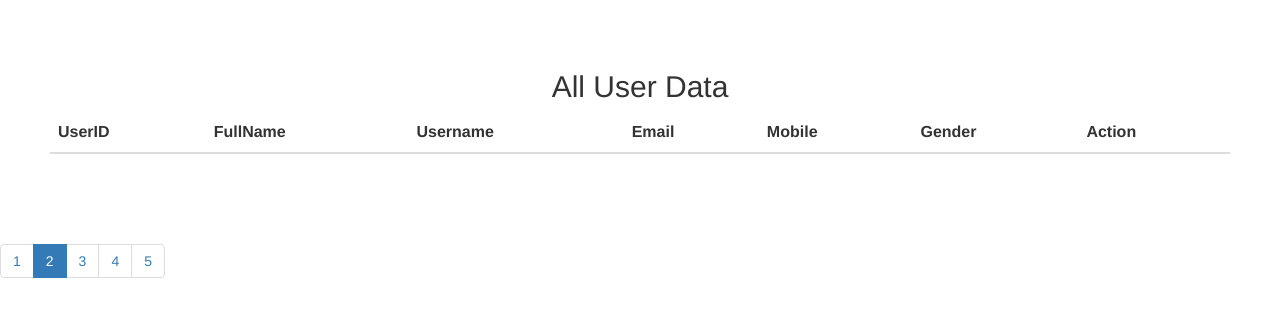
Repository: Asterisc-Institute/Advance-Java-Batch5
Page: http://localhost/Project01/show?page=1
An editor plug-in stored every save of this project. The page is shown before and after the next save, followed by the edit.
The browser window is 1280 px wide. The pictures show the whole page.
The page is served by Tomcat 9. Other server files are loaded and not shown. Queries for data that is not in the repository find no rows.

Above is the page before, as saved 2023-05-16 12:39:44.

### Project01/src/service/ShowServ.java
package service;

import java.io.IOException;
import java.io.PrintWriter;
import java.sql.SQLException;
import java.util.ArrayList;

import javax.servlet.ServletException;
import javax.servlet.annotation.WebServlet;
import javax.servlet.http.HttpServlet;
import javax.servlet.http.HttpServletRequest;
import javax.servlet.http.HttpServletResponse;

import model.User;
import model.UserDao;

@WebServlet("/show")
public class ShowServ extends HttpServlet {

	protected void doGet(HttpServletRequest request, HttpServletResponse response) throws ServletException, IOException {
		response.setContentType("text/html");
		PrintWriter out=response.getWriter();

		out.print("<link rel='stylesheet' href='https://maxcdn.bootstrapcdn.com/bootstrap/3.4.1/css/bootstrap.min.css'>");
		out.print("<script src='https://ajax.googleapis.com/ajax/libs/jquery/3.6.4/jquery.min.js'></script>");
		out.print("<script src='https://maxcdn.bootstrapcdn.com/bootstrap/3.4.1/js/bootstrap.min.js'></script>");

		out.print("<div style='padding:50px'>");
		out.print("<center><H2>All User Data</H2></center>");


		UserDao db=new UserDao();


		out.print("<table class='table'>");
		out.print("    <thead>");
		out.print("      <tr>");
		out.print("        <th>UserID</th>");
		out.print("        <th>FullName</th>");
		out.print("        <th>Username</th>");
		out.print("        <th>Email</th>");
		out.print("        <th>Mobile</th>");
		out.print("        <th>Gender</th>");
		out.print("        <th>Action</th>");
		out.print("      </tr>");
		out.print("    </thead>");
		out.print("    <tbody>");

		try {
			ArrayList<User> ul=db.getAllUser();

			for(User u:ul)
			{
			//out.print(u+"<br/>");
				//uid, fname, uname, email, mob, upass, gender
				out.print("<tr>");
				out.print("<td>"+u.getUid()+"</td>");
				out.print("<td>"+u.getFname()+"</td>");
				out.print("<td>"+u.getUname()+"</td>");
				out.print("<td>"+u.getEmail()+"</td>");
				out.print("<td>"+u.getMob()+"</td>");
				//out.print("<td>"+u.getUpass()+"</td>");
				out.print("<td>"+u.getGender()+"</td>");
				out.print("<td><a href='#' class='btn btn-primary'>Edit</a> &nbsp;&nbsp;&nbsp; <a href='#' class='btn btn-danger'>Delete</a></td>");
				out.print("</tr>");
			}


		} catch (ClassNotFoundException | SQLException e) {
			// TODO Auto-generated catch block
			e.printStackTrace();
		}





		out.print("    </tbody>");
		out.print("</table>");

		out.print("</div>");

		out.print("<ul class='pagination'>");
		out.print("  <li><a href='#'>1</a></li>");
		out.print("  <li class='active'><a href='#'>2</a></li>");
		out.print("  <li><a href='#'>3</a></li>");
		out.print("  <li><a href='#'>4</a></li>");
		out.print("  <li><a href='#'>5</a></li>");
		out.print("</ul>");


	}


	protected void doPost(HttpServletRequest request, HttpServletResponse response) throws ServletException, IOException {
		// TODO Auto-generated method stub
		doGet(request, response);
	}

}

### Project01/src/model/UserDao.java
package model;

import java.sql.Connection;
import java.sql.DriverManager;
import java.sql.PreparedStatement;
import java.sql.ResultSet;
import java.sql.SQLException;
import java.util.ArrayList;

public class UserDao {

	String driver = "com.mysql.jdbc.Driver";
	String db_name = "batch5";
	String db_url = "jdbc:mysql://localhost:3306/" + db_name;
	String db_uname = "root";
	String db_upass = "abc123";

	Connection getConnect() throws ClassNotFoundException, SQLException
	{
		Class.forName(driver); //s1
		Connection con = DriverManager.getConnection(db_url, db_uname, db_upass);//s2
		return con;
	}

	public int save(User u) throws ClassNotFoundException, SQLException
	{
		String sql="insert into user_tbl (fname, uname, email, mob, upass, gender) values(?,?,?,?,?,?)";
		Connection con=getConnect();
		PreparedStatement ps=con.prepareStatement(sql);//s3
		ps.setString(1, u.getFname());
		ps.setString(2, u.getUname());
		ps.setString(3, u.getEmail());
		ps.setString(4, u.getMob());
		ps.setString(5, u.getUpass());
		ps.setString(6, u.getGender());

		int a =ps.executeUpdate();//s4

		con.close();//s5
		return a;

	}

	public boolean checkUser(String email) throws ClassNotFoundException, SQLException {
		String sql="select * from user_tbl where email=?";
		Connection con=getConnect();
		PreparedStatement ps=con.prepareStatement(sql);//s3
		ps.setString(1, email);
		ResultSet rs =ps.executeQuery();//s4

		boolean a=rs.absolute(1);

		con.close();//s5

		return a;
	}

	public boolean loginUser(String email, String upass) throws ClassNotFoundException, SQLException {
		String sql="select * from user_tbl where email=? and upass=?";
		Connection con=getConnect();
		PreparedStatement ps=con.prepareStatement(sql);//s3
		ps.setString(1, email);
		ps.setString(2, upass);
		ResultSet rs =ps.executeQuery();//s4

		boolean a=rs.absolute(1);

		con.close();//s5

		return a;
	}

	public ArrayList<User> getAllUser() throws ClassNotFoundException, SQLException {
		String sql="select * from user_tbl";
		Connection con=getConnect();
		PreparedStatement ps=con.prepareStatement(sql);//s3

		ResultSet rs =ps.executeQuery();//s4

		ArrayList<User> ul=new ArrayList<>();

		while(rs.next())
		{ //uid, fname, uname, email, mob, upass, gender
			User u=new User(rs.getInt(1), rs.getString(2),  rs.getString(3),  rs.getString(4),  rs.getString(5),  rs.getString(6),  rs.getString(7));
			ul.add(u);
		}

		con.close();//s5

		return ul;
	}

}

After the next save:
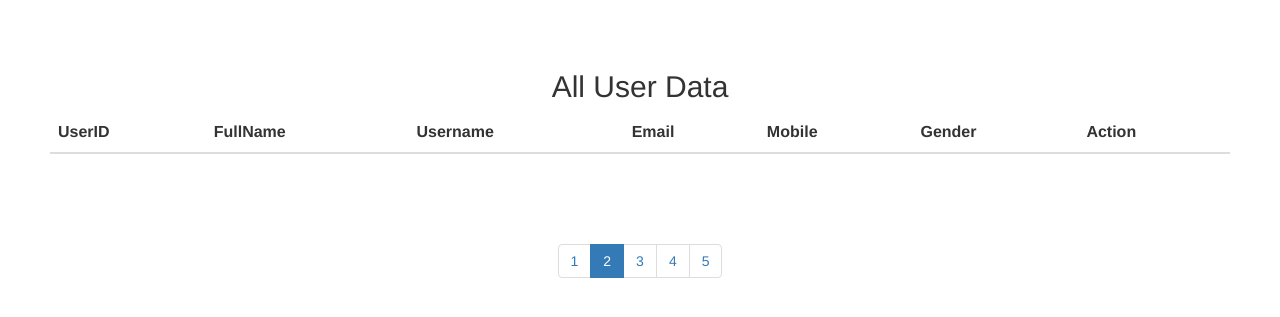
Saved 28 s later.
--- a/Project01/src/service/ShowServ.java
+++ b/Project01/src/service/ShowServ.java
@@ -79,7 +79,7 @@ public class ShowServ extends HttpServlet {
 		out.print("</table>");
 
 		out.print("</div>");
-
+		out.print("<center>");
 		out.print("<ul class='pagination'>");
 		out.print("  <li><a href='#'>1</a></li>");
 		out.print("  <li class='active'><a href='#'>2</a></li>");
